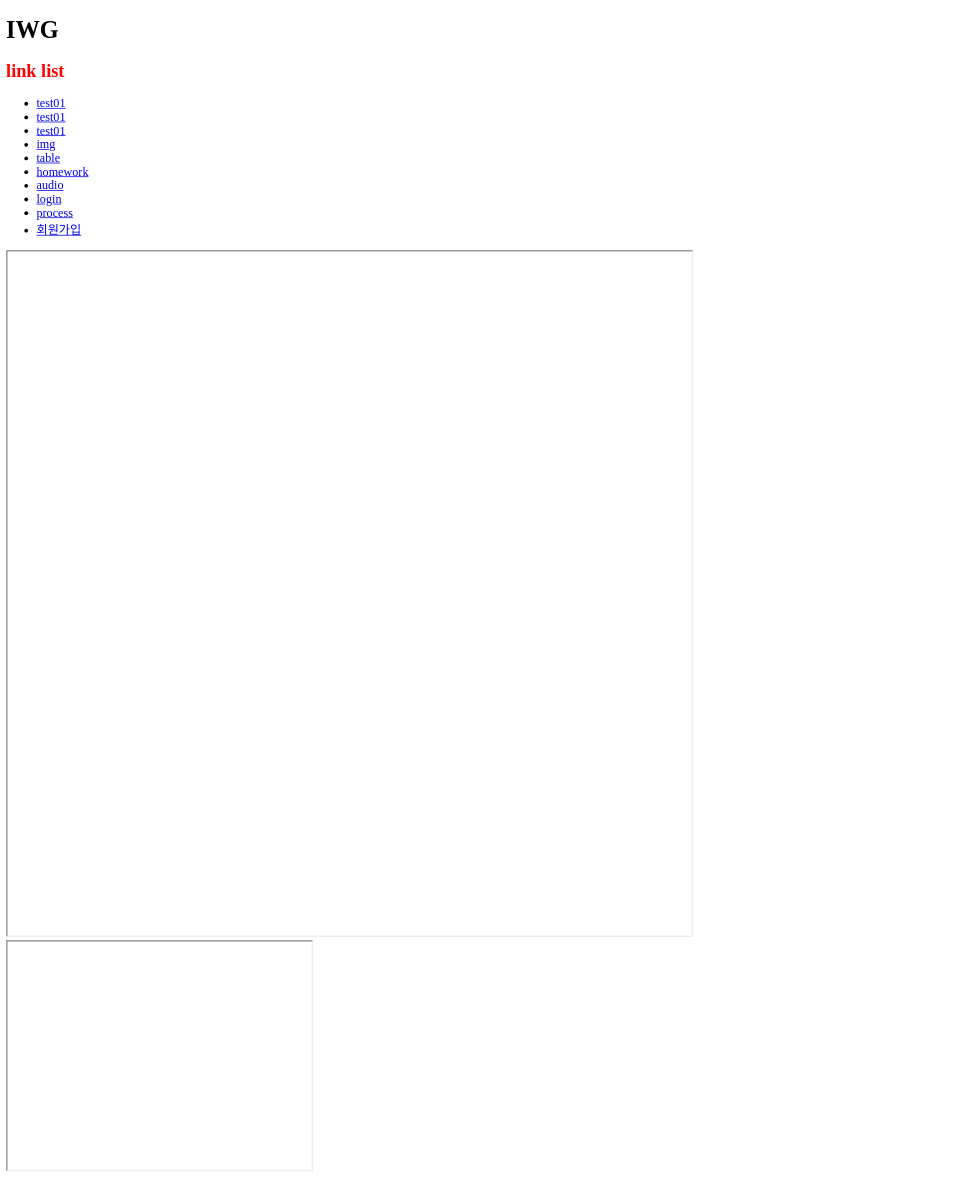
Repository: ssleap/multicampusIoT
Page: workspace190520/edu1/WebContent/index.html
These files come from the project's save history. The page is drawn as it stood at one moment and after the next save; the edit follows.
The browser window is 1280 px wide. The pictures show the whole page, at 76% of full size.

Above is the page before, as saved 2019-05-22 04:16:46.

After the next save:
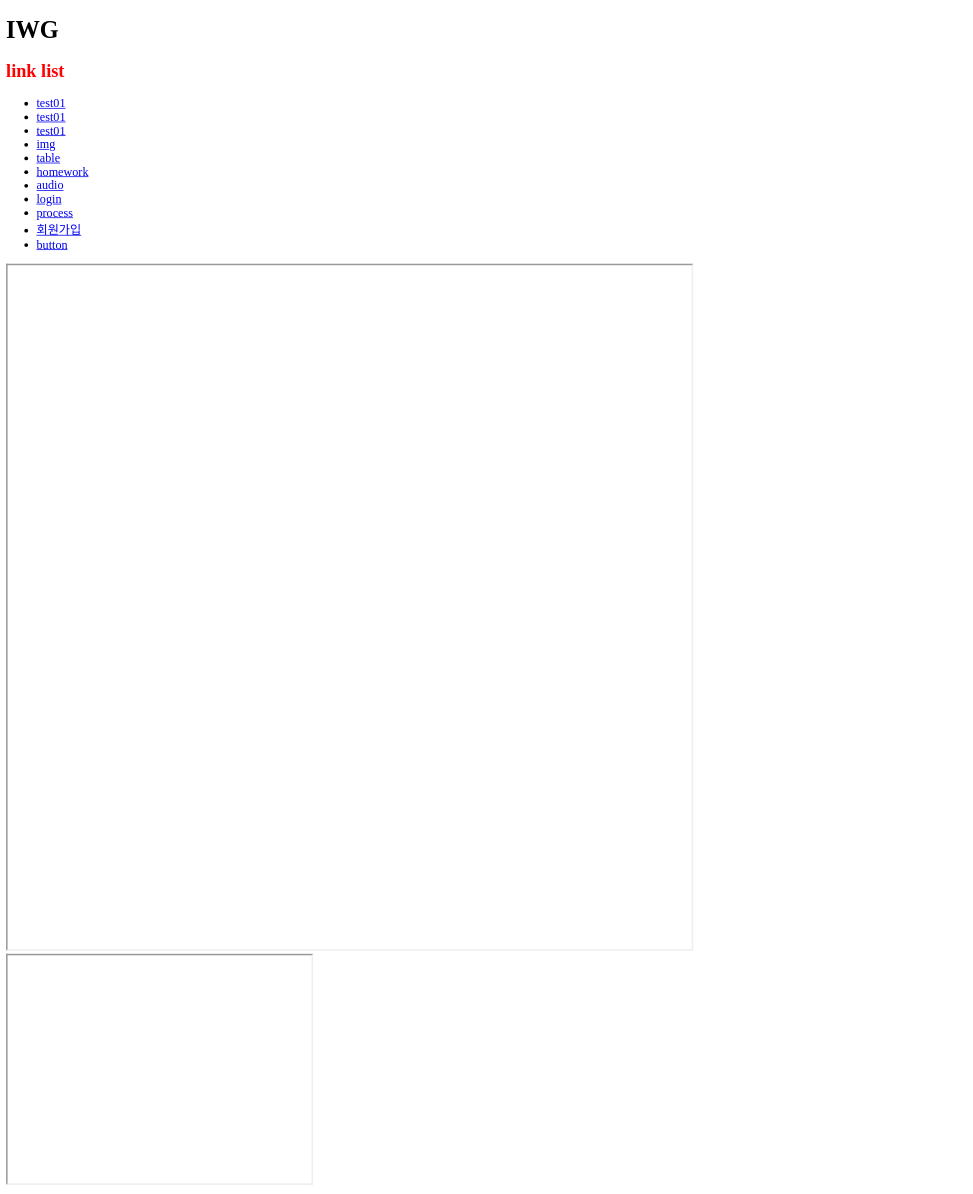
Saved 25 s later.
--- a/workspace190520/edu1/WebContent/index.html
+++ b/workspace190520/edu1/WebContent/index.html
@@ -23,6 +23,7 @@
 	<li><a href = "login.html">login</a></li>
 	<li><a href = "./process.jsp?id='****'&pw='0000'">process</a></li>
 	<li><a href = "member.html">회원가입</a></li>
+	<li><a href = "button.html">button</a></li>
 	</ul>
 
 	<iframe name = "iframe1" width = "900"
